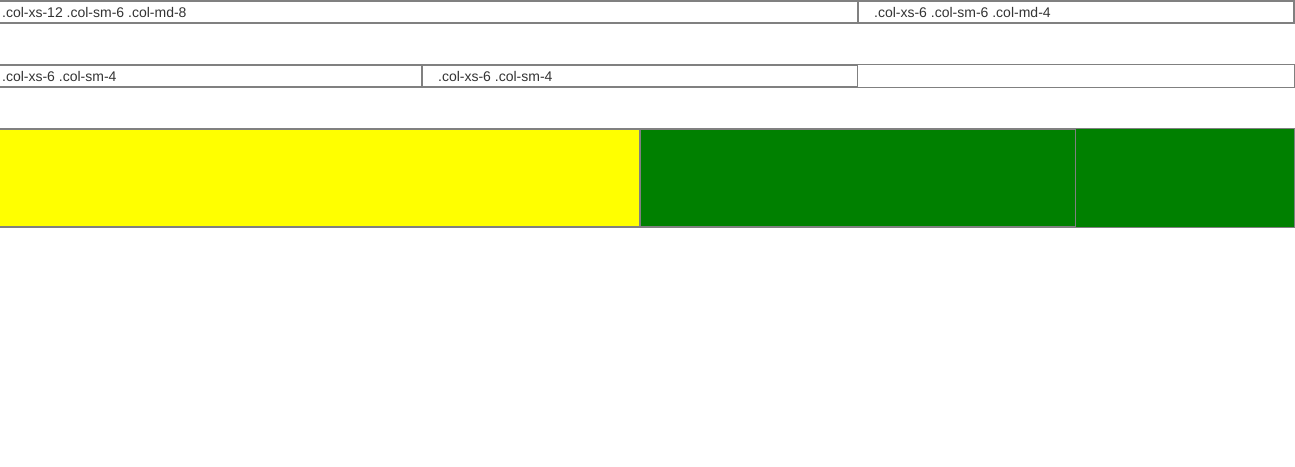
Repository: yhj4130/BootstrapStudy
Page: BootstrapWork/WebContent/BootEx07.html
An editor plug-in stored every save of this project. The page is shown before and after the next save, followed by the edit.
The browser window is 1280 px wide. The page is 1295 px wide, so the pictures cover 1295 px, including what lies to the right of the window. The pictures show the whole page.

Above is the page before, as saved 2019-06-12 05:02:23.

### BootstrapWork/WebContent/BootEx07.html
<!DOCTYPE html>
<html>
<head>
<meta charset="UTF-8">
<title>BootEx07.html</title>

<link rel="stylesheet" href="css/bootstrap.css">
<script type="text/javascript" src="js/jquery-3.4.1.min.js"></script>
<script type="text/javascript" src="js/bootstrap.min.js"></script>

<style type="text/css">
	div {border: 1px solid gray;}
</style>

</head>
<body>

<!--
	※ 그리드 시스템 → 12분할

	   사용할 클래스     『.col-xs』      『.col-sm』      『.col-md』      『.col-lg』

	   브라우저의 크기	  아주 작은 기기   작은 기기        중간 기기        큰 기기
	   (=디바이스 크기)
-->

<div class="row">
	<div class="col-xs-12 col-sm-6 col-md-8">.col-xs-12 .col-sm-6 .col-md-8</div>
	<div class="col-xs-6 col-sm-6 col-md-4">.col-xs-6 .col-sm-6 .col-md-4</div>
</div>

<br><br>

<div class="row">
	<div class="col-xs-6 col-sm-4">.col-xs-6 .col-sm-4</div>
	<div class="col-xs-6 col-sm-4">.col-xs-6 .col-sm-4</div>
</div>

<br><br>

<div class="row" style="height: 100px; background-color: green;">
	<div class="col-xs-4 col-sm-12 col-md-6" style="height: 98px; background-color: yellow;"></div>
	<div class="col-xs-4 col-sm-12 col-md-4" style="height: 98px;"></div>
</div>

</body>
</html>

Loaded but not shown: BootstrapWork/WebContent/css/bootstrap.css (library); BootstrapWork/WebContent/js/jquery-3.4.1.min.js (library); BootstrapWork/WebContent/js/bootstrap.min.js (library)

After the next save:
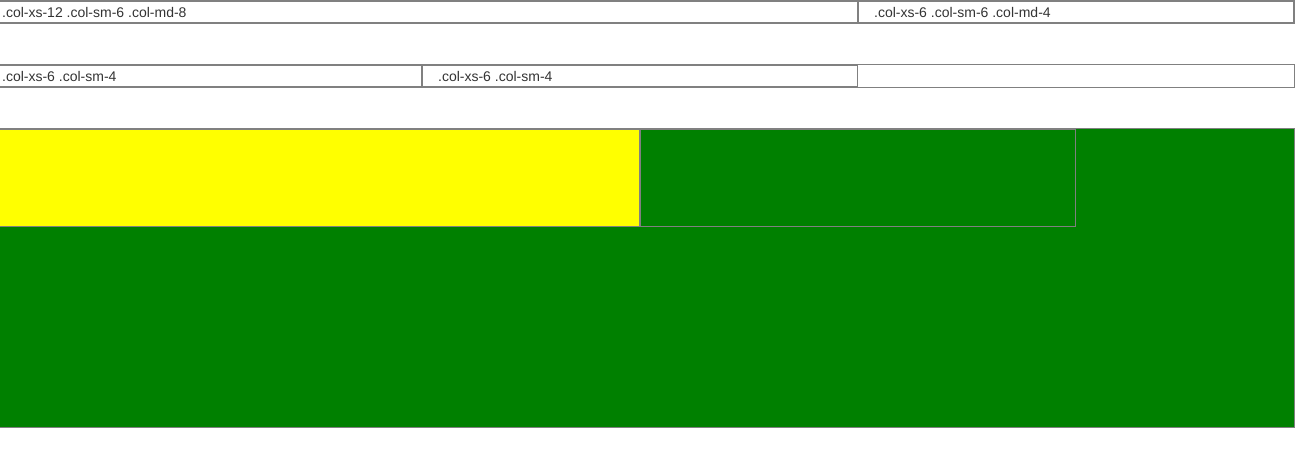
Saved 15 s later.
--- a/BootstrapWork/WebContent/BootEx07.html
+++ b/BootstrapWork/WebContent/BootEx07.html
@@ -38,9 +38,9 @@
 
 <br><br>
 
-<div class="row" style="height: 100px; background-color: green;">
+<div class="row" style="height: 300px; background-color: green;">
 	<div class="col-xs-4 col-sm-12 col-md-6" style="height: 98px; background-color: yellow;"></div>
-	<div class="col-xs-4 col-sm-12 col-md-4" style="height: 98px;"></div>
+	<div class="col-xs-4 col-sm-12 col-md-4" style="height: 98px; background-color: "></div>
 </div>
 
 </body>
